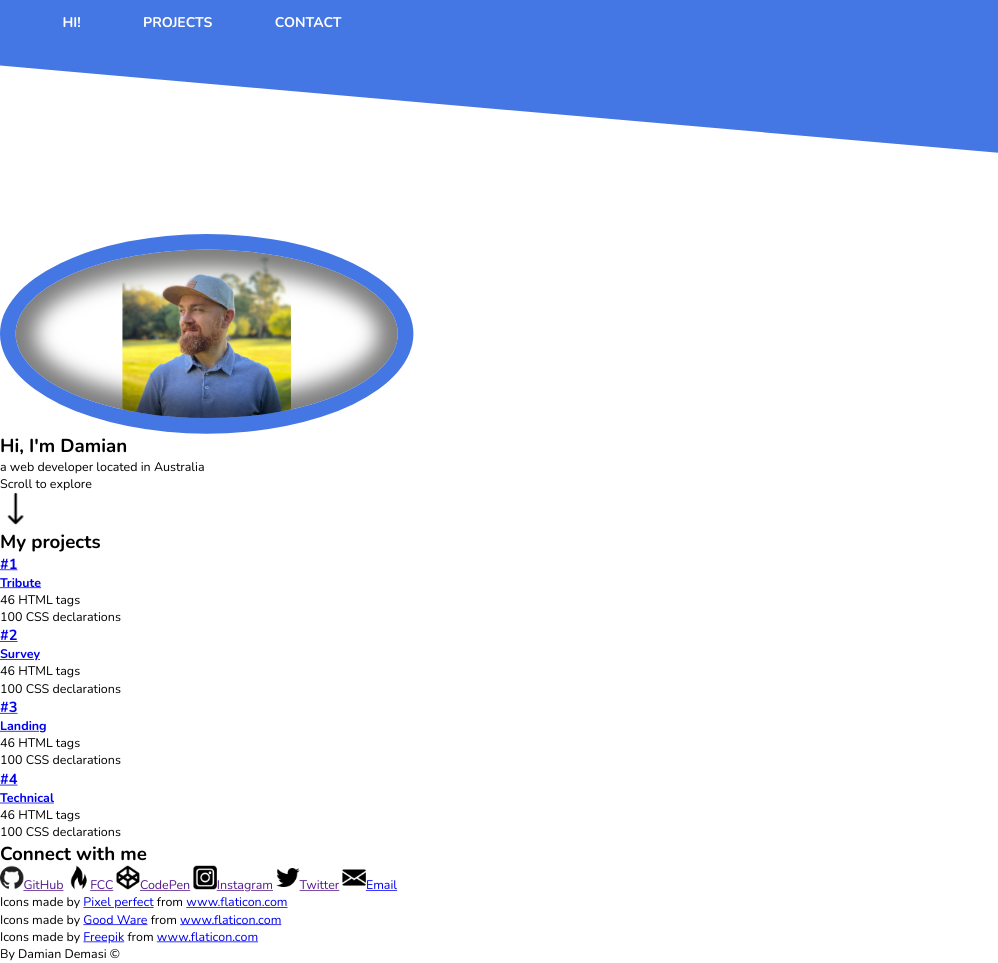
Repository: Colo-Codes/freecodecamp-05-Personal-Portfolio-Webpage
Page: index.html
An editor plug-in stored every save of this project. The page is shown before and after the next save, followed by the edit.
The browser window is 1280 px wide. The pictures show the whole page, at 78% of full size.

Above is the page before, as saved 2021-06-03 11:52:22.

After the next save:
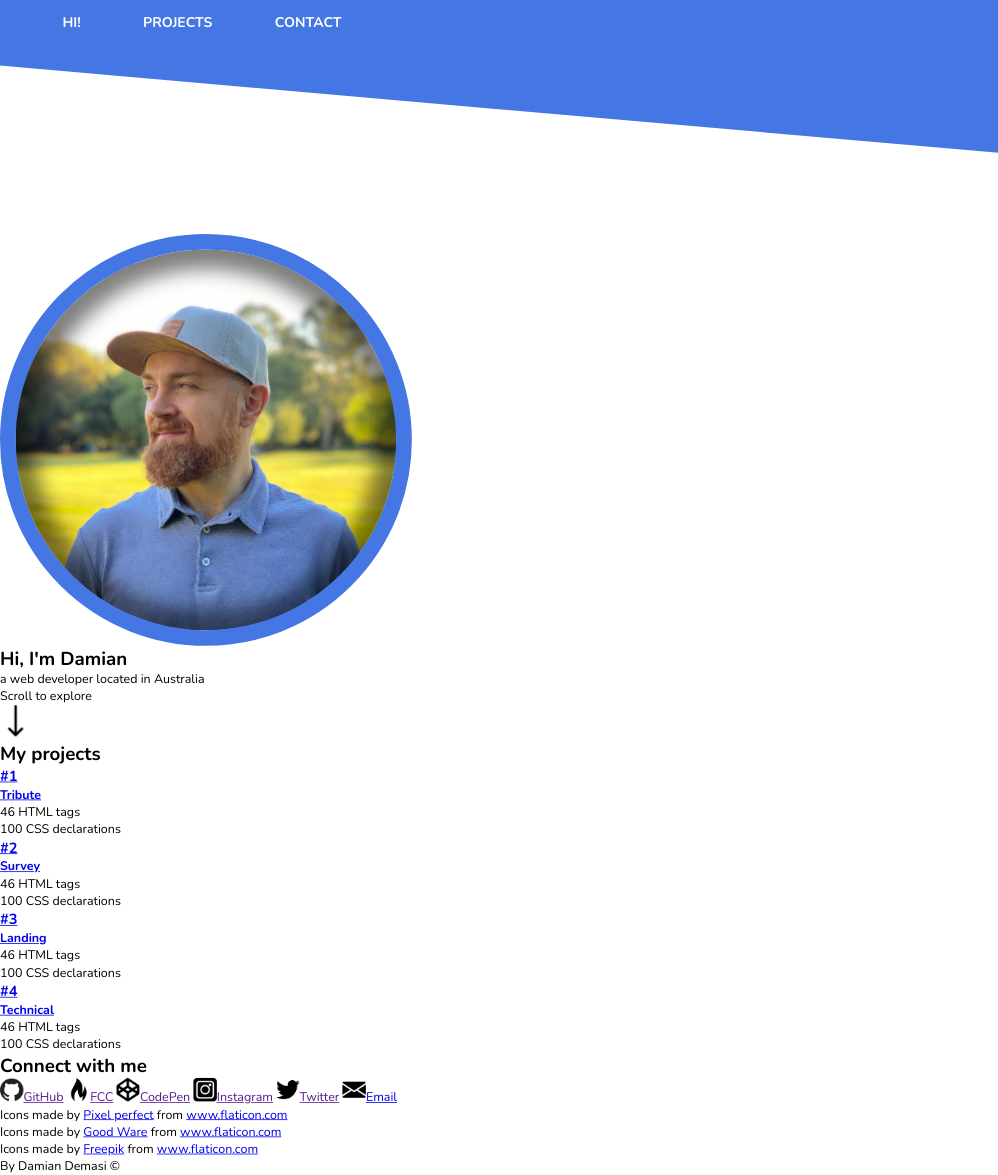
Saved 30 s later.
--- a/css/index.css
+++ b/css/index.css
@@ -57,12 +57,12 @@ body {
 
 #hero-img {
     border-radius: 50%;
-    min-height: 16rem;
+    /* min-height: 16rem;
     min-width: 16rem;
     max-height: 33.125rem;
-    max-width: 33.125rem;
-    /* width: 33rem;
-    height: 33rem; */
+    max-width: 33.125rem; */
+    width: 33rem;
+    height: 33rem;
     border: 20px solid #4477E3;
     background: url(../img/6D5BF231-2A3E-4029-9EFE-9C82AF0D506F_1_105_c.jpeg);
     background-position: center;
